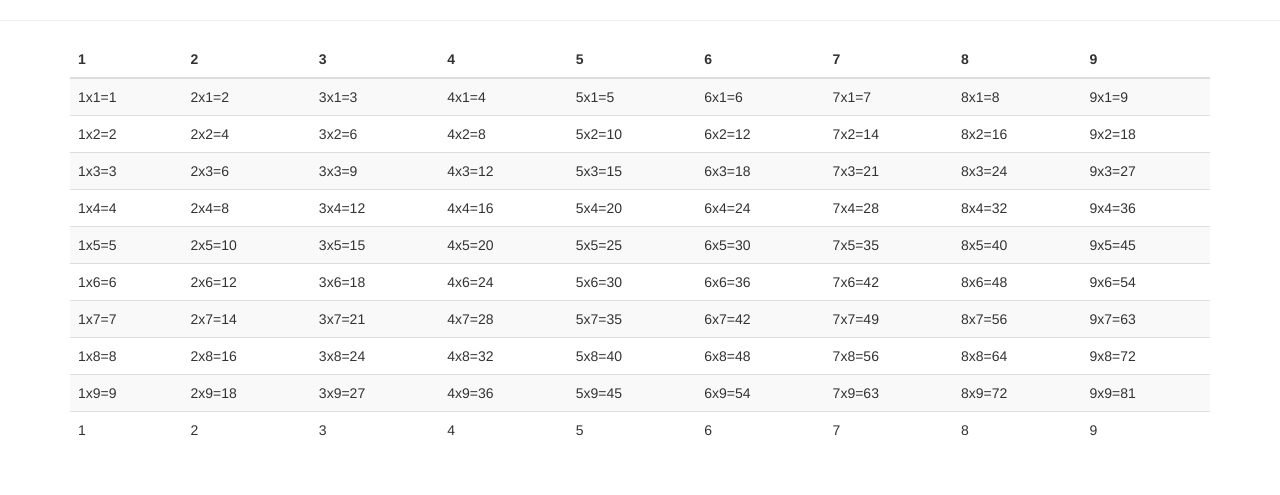
Repository: SongSooJin/JSP
Page: http://localhost/5-jsp-basic/example5/gugudan4.jsp
An editor plug-in stored every save of this project. The page is shown before and after the next save, followed by the edit.
The browser window is 1280 px wide. The pictures show the whole page.
The page is served by Tomcat 9. Other server files are loaded and not shown.

Above is the page before, as saved 2018-10-08 06:00:10.

### 5-jsp-basic/WebContent/example5/gugudan4.jsp
<%@ page language="java" contentType="text/html; charset=UTF-8"
	pageEncoding="UTF-8"%>
<%@ taglib prefix="c" uri="http://java.sun.com/jsp/jstl/core" %>
<!DOCTYPE html>
<html>
<head>
<meta charset="UTF-8">
<title>Insert title here</title>
<meta name="viewport" content="width=device-width, initial-scale=1">
  <link rel="stylesheet" href="https://maxcdn.bootstrapcdn.com/bootstrap/3.3.7/css/bootstrap.min.css">
  <script src="https://ajax.googleapis.com/ajax/libs/jquery/3.3.1/jquery.min.js"></script>
  <script src="https://maxcdn.bootstrapcdn.com/bootstrap/3.3.7/js/bootstrap.min.js"></script>

</head>
<body>

	<%
		for (int i = 1; i <= 9; i++) {

		}
	%>
	<hr>
	<div class="container">
	<table class="table table-striped">
		<thead>
			<tr>
				<th>1</th>
				<th>2</th>
				<th>3</th>
				<th>4</th>
				<th>5</th>
				<th>6</th>
				<th>7</th>
				<th>8</th>
				<th>9</th>
			</tr>
		</thead>

		<tbody>
		<%
			for (int i = 1; i <= 9; i++) { // 행
				out.print("<tr>");
				for (int j = 1; j <= 9; j++) { // 열
					out.print("<td>");
					out.print(j + "x" + i + "=" + (i * j));
					out.print("</td>");
				}

				out.print("</tr>");
			}
		%>
			<tr>
				<td>1</td>
				<td>2</td>
				<td>3</td>
				<td>4</td>
				<td>5</td>
				<td>6</td>
				<td>7</td>
				<td>8</td>
				<td>9</td>
			</tr>
		</tbody>
	</table>
		</div>

</body>
</html>

After the next save:
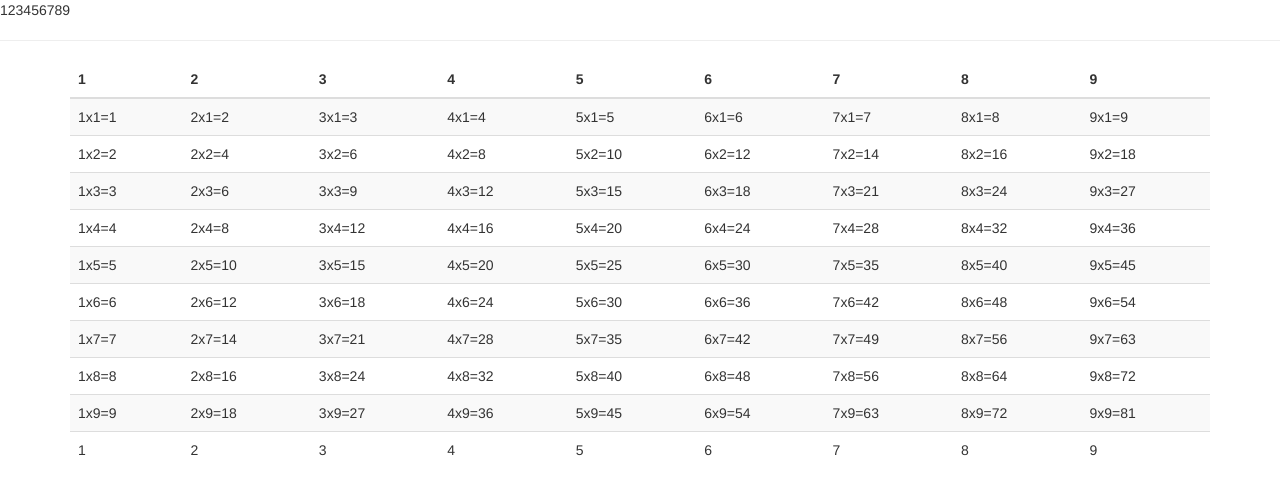
Saved 4 s later.
--- a/5-jsp-basic/WebContent/example5/gugudan4.jsp
+++ b/5-jsp-basic/WebContent/example5/gugudan4.jsp
@@ -16,7 +16,7 @@
 
 	<%
 		for (int i = 1; i <= 9; i++) {
-
+			out.print("<th>" + i + "</th>");
 		}
 	%>
 	<hr>

After the 3 saves that followed:
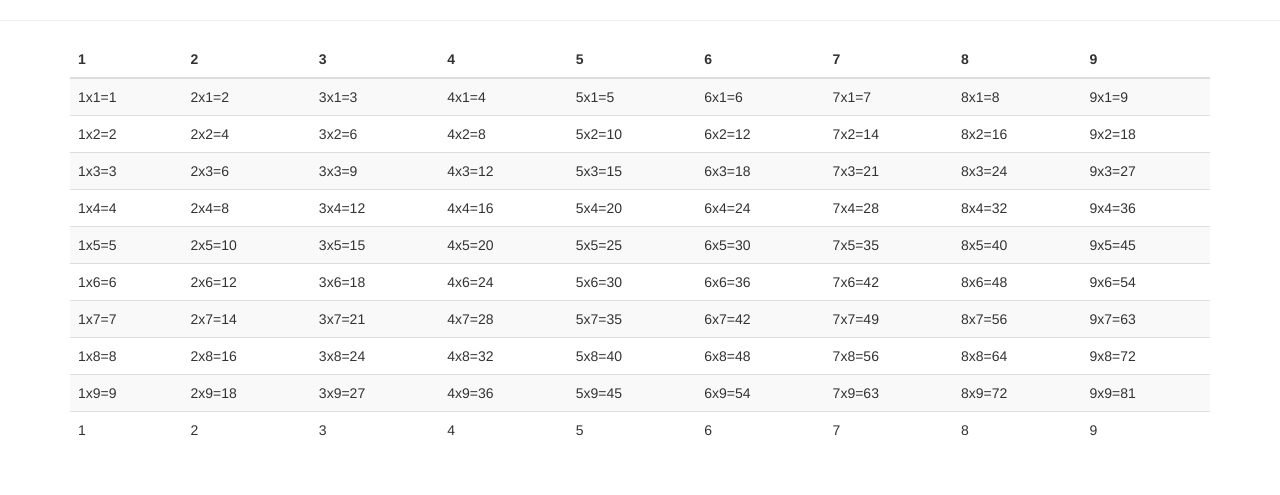
The 3 saves are shown as one change because 2 left the picture as it was.
The last was saved 62 s later.
--- a/5-jsp-basic/WebContent/example5/gugudan4.jsp
+++ b/5-jsp-basic/WebContent/example5/gugudan4.jsp
@@ -14,25 +14,20 @@
 </head>
 <body>
 
-	<%
-		for (int i = 1; i <= 9; i++) {
-			out.print("<th>" + i + "</th>");
-		}
-	%>
+
 	<hr>
 	<div class="container">
 	<table class="table table-striped">
 		<thead>
 			<tr>
-				<th>1</th>
-				<th>2</th>
-				<th>3</th>
-				<th>4</th>
-				<th>5</th>
-				<th>6</th>
-				<th>7</th>
-				<th>8</th>
-				<th>9</th>
+				<%
+		for (int i = 1; i <= 9; i++) {
+			out.print("<th>" + i + "</th>");
+		}
+	%>
+	<c:forEach begin="1" end="9" step="1">
+
+	</c:forEach>
 			</tr>
 		</thead>
 
